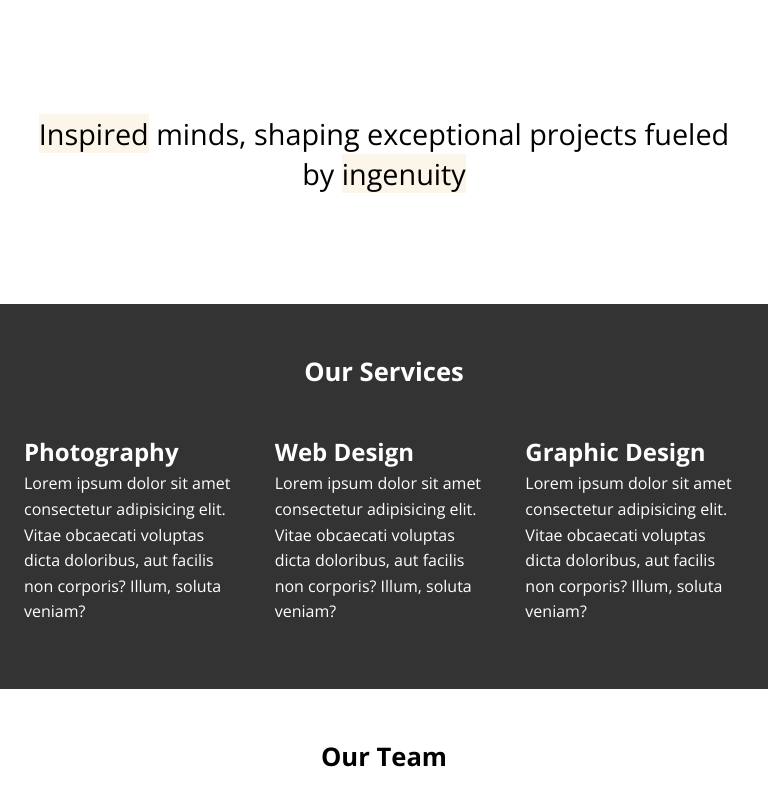
Repository: AchrafAzzaoui/lumina-creative-html-css-project
Page: lumina-creative/about.html
An editor plug-in stored every save of this project. The page is shown before and after the next save, followed by the edit.
The browser window is 768 px wide. The pictures show the part of the page from y = 191 to 989 px (the page is 1676 px tall before and 1801 px after).
A picture or video elsewhere on the page could not be fetched, so the positions and the page height are approximate. Some web libraries are served in a nearby version.

Above is the page before, as saved 2024-08-22 14:12:54.

### lumina-creative/about.html
<!DOCTYPE html>
<html lang="en">
  <head>
    <meta charset="UTF-8" />
    <meta name="viewport" content="width=device-width, initial-scale=1.0" />
    <title>About Lumina Creative</title>
    <link rel="preconnect" href="https://fonts.googleapis.com" />
    <link rel="preconnect" href="https://fonts.gstatic.com" crossorigin />
    <link
      rel="stylesheet"
      href="https://cdnjs.cloudflare.com/ajax/libs/font-awesome/6.6.0/css/all.min.css"
      integrity="sha512-Kc323vGBEqzTmouAECnVceyQqyqdsSiqLQISBL29aUW4U/M7pSPA/gEUZQqv1cwx4OnYxTxve5UMg5GT6L4JJg=="
      crossorigin="anonymous"
      referrerpolicy="no-referrer"
    />
    <link
      href="https://fonts.googleapis.com/css2?family=Open+Sans:ital,wght@0,300..800;1,300..800&display=swap"
      rel="stylesheet"
    />
    <link rel="stylesheet" href="css/styles.css" />
    <link rel="icon" href="images/favicon.ico" />
  </head>
  <body>
    <header class="header">
      <div class="container container-sm header-flex">
        <img src="images/logo.png" alt="Lumina Creative" class="logo" />
        <nav>
          <ul class="main-menu">
            <li><a href="index.html">Home</a></li>
            <li><a class="current" href="about.html">About</a></li>
            <li><a href="contact.html">Contact</a></li>
          </ul>
        </nav>
      </div>
    </header>

    <section class="hero">
      <div class="container container-sm">
        <h2>
          <span class="bg-primary">Inspired</span> minds, shaping exceptional
          projects fueled by <span class="bg-primary">ingenuity</span>
        </h2>
      </div>
    </section>

    <section class="services">
      <div class="container">
        <h2 class="section-heading">Our Services</h2>
        <div class="services-flex">
          <div class="service-item">
            <h4>Photography</h4>
            <p>
              Lorem ipsum dolor sit amet consectetur adipisicing elit. Vitae
              obcaecati voluptas dicta doloribus, aut facilis non corporis?
              Illum, soluta veniam?
            </p>
          </div>
          <div class="service-item">
            <h4>Web Design</h4>
            <p>
              Lorem ipsum dolor sit amet consectetur adipisicing elit. Vitae
              obcaecati voluptas dicta doloribus, aut facilis non corporis?
              Illum, soluta veniam?
            </p>
          </div>
          <div class="service-item">
            <h4>Graphic Design</h4>
            <p>
              Lorem ipsum dolor sit amet consectetur adipisicing elit. Vitae
              obcaecati voluptas dicta doloribus, aut facilis non corporis?
              Illum, soluta veniam?
            </p>
          </div>
        </div>
      </div>
    </section>

    <section class="team">
      <div class="container container-lg">
        <h2 class="section-heading">Our Team</h2>
        <div class="team-flex">
          <div class="team-item">
            <img src="images/team1.jpg" alt="team member" />
            <h4>Kevin Samson</h4>
            <p>Founder</p>
          </div>
          <div class="team-item">
            <img src="images/team2.jpg" alt="team member" />
            <h4>Rebecca William</h4>
            <p>Designer</p>
          </div>
          <div class="team-item">
            <img src="images/team3.jpg" alt="team member" />
            <h4>Ben Markson</h4>
            <p>Designer/Developer</p>
          </div>
        </div>
      </div>
    </section>
    <footer class="footer">
      <div class="container footer-flex">
        <img src="images/logo.png" alt="Lumina Creative" />
        <div class="contact">
          <h4>Contact Us</h4>
          <ul>
            <li>(555) 555-5555</li>
            <li>contact@lumina.test</li>
            <li>10 Main st Boston MA</li>
          </ul>
        </div>
        <div class="social">
          <h4>Follow Us</h4>
          <a href="#"><i class="fab fa-facebook fa-2x"></i></a>
          <a href="#"><i class="fab fa-twitter fa-2x"></i></a>
          <a href="#"><i class="fab fa-instagram fa-2x"></i></a>
          <a href="#"><i class="fab fa-pinterest fa-2x"></i></a>
          <a href="#"><i class="fab fa-tumblr fa-2x"></i></a>
        </div>
      </div>
    </footer>
  </body>
</html>

### lumina-creative/css/styles.css
* {
  margin: 0;
  padding: 0;
  box-sizing: border-box;
}

:root {
  --primary-color: #fcf5e9;
  --container-normal: 1100px;
  --container-wide: 1400px;
  --container-narrow: 900px;
}

body {
  font-family: "Open Sans", sans-serif;
  line-height: 1.6;
}
a {
  text-decoration: none;
  color: #333;
}
ul {
  list-style: none;
}
img {
  max-width: 100%;
}
/* utility classes */

.bg-primary {
  background-color: var(--primary-color);
}

.section-heading {
  font-size: 1.6rem;
  text-align: center;
  margin-bottom: 40px;
}
/* Container */

.container {
  max-width: var(--container-normal);
  margin: 0 auto;
  padding: 0 1.5rem;
}

.container-lg {
  max-width: var(--container-wide);
}

.container-sm {
  max-width: var(--container-narrow);
}

/* Header */
.header {
  margin: 1.5rem auto;
}
.header .logo {
  width: 130px;
}

.header .header-flex {
  display: flex;
  justify-content: space-between;
  align-items: center;
}

.header .main-menu {
  display: flex;
  gap: 1rem;
}

.header .main-menu a {
  padding: 0.5rem 1rem;
}

.header .main-menu a:hover {
  background-color: var(--primary-color);
}

.current {
  background-color: var(--primary-color);
  font-weight: 600;
}

/* Hero */
.hero {
  height: 500px;
  display: flex;
  flex-direction: column;
  justify-content: center;
  align-items: center;
  text-align: center;
}

.hero h2 {
  font-size: 3rem;
  line-height: 1.4;
  font-weight: normal;
}
/* Photo gallery */
.gallery-flex {
  display: flex;
  justify-content: center;
  flex-wrap: wrap;
  gap: 20px;
}
.gallery-item {
  width: calc(33.333% - 20px);
  border-radius: 10px;
}
.gallery-item img {
  border-radius: 10px;
}

.gallery-item:hover {
  opacity: 0.9;
}

/* footer styles */
.footer {
  border-top: 1px solid #aaa;
  padding: 2.5rem 1.5rem;
  margin-top: 2rem;
}

.footer-flex {
  display: flex;
  justify-content: space-between;
  align-items: center;
}

.footer img {
  width: 120px;
  height: 35px;
}

.footer h4 {
  font-size: 1rem;
  margin-bottom: 0.5rem;
}
.footer a {
  margin: 0.2rem;
}

/* Services */
.services {
  background-color: #333;
  color: #fff;
  padding: 3rem 0 4rem;
}
.services-flex {
  display: flex;
  gap: 2rem;
}
.service-item h4 {
  font-size: 1.5rem;
}
/* Team */
.team {
  padding: 3rem 0px 4rem;
}

.team-flex {
  display: flex;
  gap: 1.4rem;
}

.team img {
  border-radius: 10px;
}

/* Media Queries */

@media (max-width: 768px) {
  .header .header-flex,
  .footer .footer-flex {
    flex-direction: column;
    gap: 1.5rem;
  }
  .hero {
    height: 300px;
  }

  .hero h2 {
    font-size: 1.8rem;
  }

  .gallery-item {
    width: calc(50% - 20px);
  }
  .footer .footer-flex {
    text-align: center;
  }
}

After the next save:
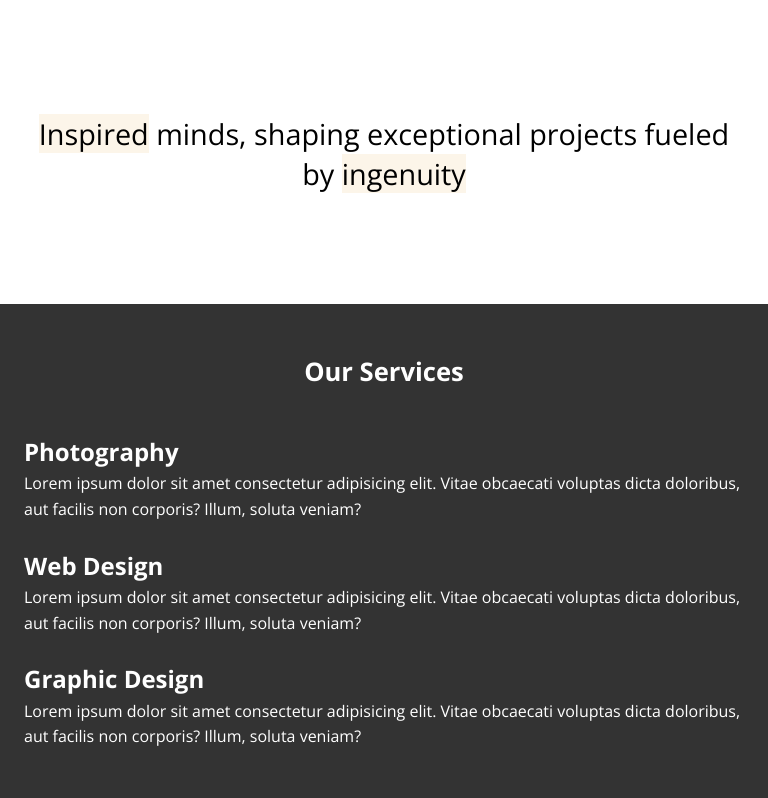
Saved 16 s later.
--- a/lumina-creative/css/styles.css
+++ b/lumina-creative/css/styles.css
@@ -175,7 +175,8 @@ img {
 
 @media (max-width: 768px) {
   .header .header-flex,
-  .footer .footer-flex {
+  .footer .footer-flex,
+  .services-flex {
     flex-direction: column;
     gap: 1.5rem;
   }
